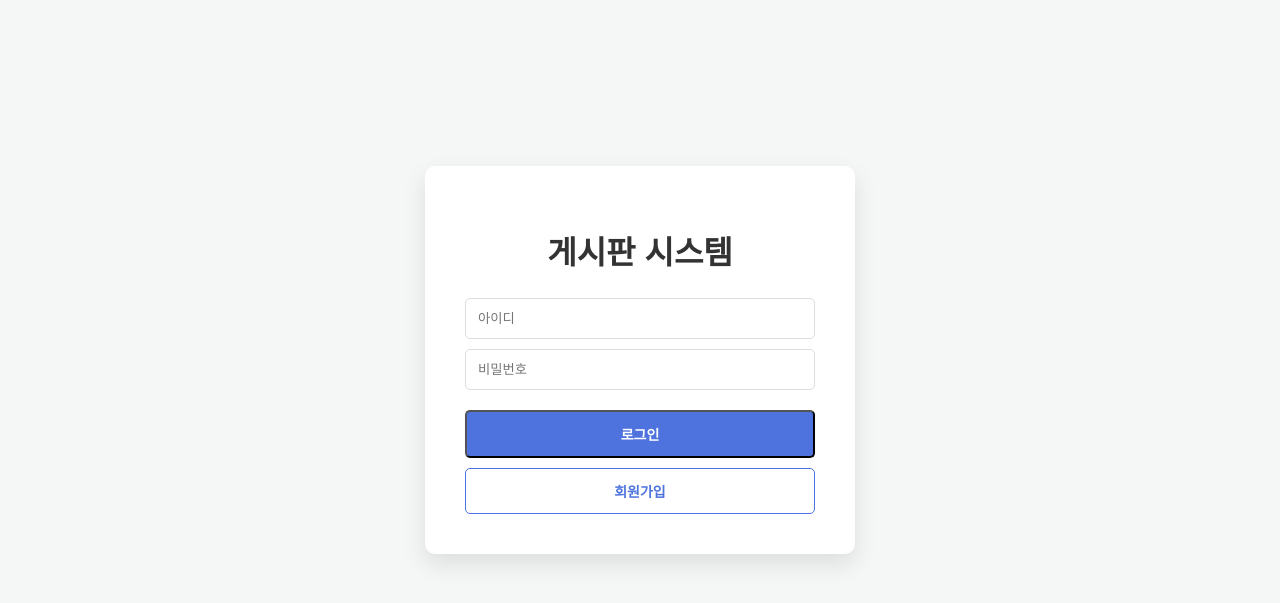
Repository: cjoh0407-ctrl/spring_legacy_project
Page: http://localhost/project/
These files come from the project's save history. The page is drawn as it stood at one moment and after the next save; the edit follows.
The browser window is 1280 px wide. The pictures show the whole page.
The page is served by Tomcat 10. Nobody is signed in. The application's start-up code is not run. Other server files are loaded and not shown.

Above is the page before, as saved 2026-01-05 07:14:51.

### project/src/main/webapp/index.jsp
<%@ page language="java" contentType="text/html; charset=UTF-8" pageEncoding="UTF-8"%>
<!DOCTYPE html>
<html>
<head>
    <meta charset="UTF-8">
    <title>게시판 시스템 로그인</title>
    <style>
        body { font-family: 'Arial', sans-serif; background-color: #f4f7f6; margin: 0; display: flex; justify-content: center; align-items: center; height: 100vh; }
        .container { background: white; padding: 40px; border-radius: 10px; box-shadow: 0 10px 25px rgba(0,0,0,0.1); text-align: center; width: 350px; }
        h1 { color: #333; margin-bottom: 25px; }
        input { width: 100%; padding: 12px; margin-bottom: 10px; border: 1px solid #ddd; border-radius: 5px; box-sizing: border-box; }
        .btn-group { display: flex; flex-direction: column; gap: 10px; margin-top: 10px; }
        .btn {
			    display: block;
			    padding: 12px;
			    text-decoration: none;
			    border-radius: 5px;
			    font-weight: bold;
			    cursor: pointer;
			    width: 100%;
			    box-sizing: border-box; /* 크기 어긋남 방지 */
			    font-size: 14px;        /* 폰트 크기 살짝 조정 */
			    transition: 0.3s;       /* 부드러운 효과 */
			}

        .btn-login { background-color: #4e73df; color: white; }
        .btn-register { background-color: white; border: 1px solid #4e73df; color: #4e73df; }
    </style>
</head>
<body>

    <div class="container">
        <h1>게시판 시스템</h1>

        <form action="${pageContext.request.contextPath}/member/login" method="post">
            <input type="text" name="id" placeholder="아이디" required>
            <input type="password" name="password" placeholder="비밀번호" required>

            <div class="btn-group">
                <button type="submit" class="btn btn-login">로그인</button>
                <a href="${pageContext.request.contextPath}/member/join" class="btn btn-register">
                    회원가입
                </a>
            </div>
        </form>
    </div>

    <script>
    // 컨트롤러에서 rttr.addFlashAttribute로 보낸 "msg"가 있다면 알림창을 띄움
    var msg = "${msg}";
    var error = "${error}";
    if(msg) alert(msg);
    if(error) alert(error);
	</script>

</body>
</html>

After the next save:
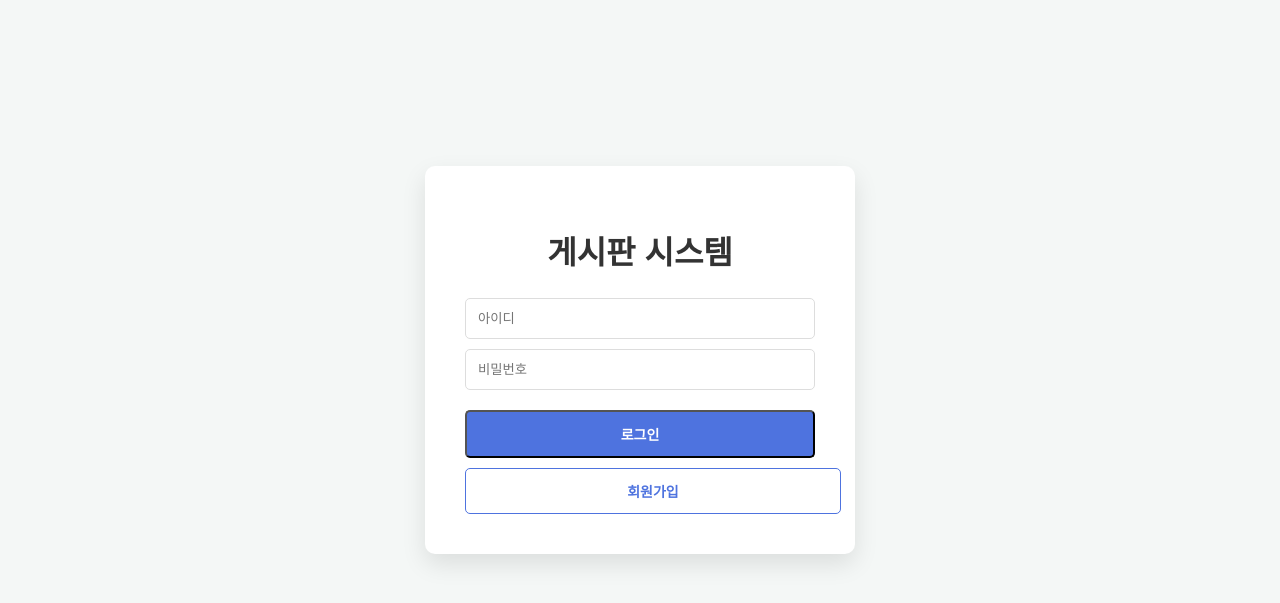
Saved 18 s later.
--- a/project/src/main/webapp/index.jsp
+++ b/project/src/main/webapp/index.jsp
@@ -18,7 +18,7 @@
 			    font-weight: bold;
 			    cursor: pointer;
 			    width: 100%;
-			    box-sizing: border-box; /* 크기 어긋남 방지 */
+
 			    font-size: 14px;        /* 폰트 크기 살짝 조정 */
 			    transition: 0.3s;       /* 부드러운 효과 */
 			}

After the save that followed:
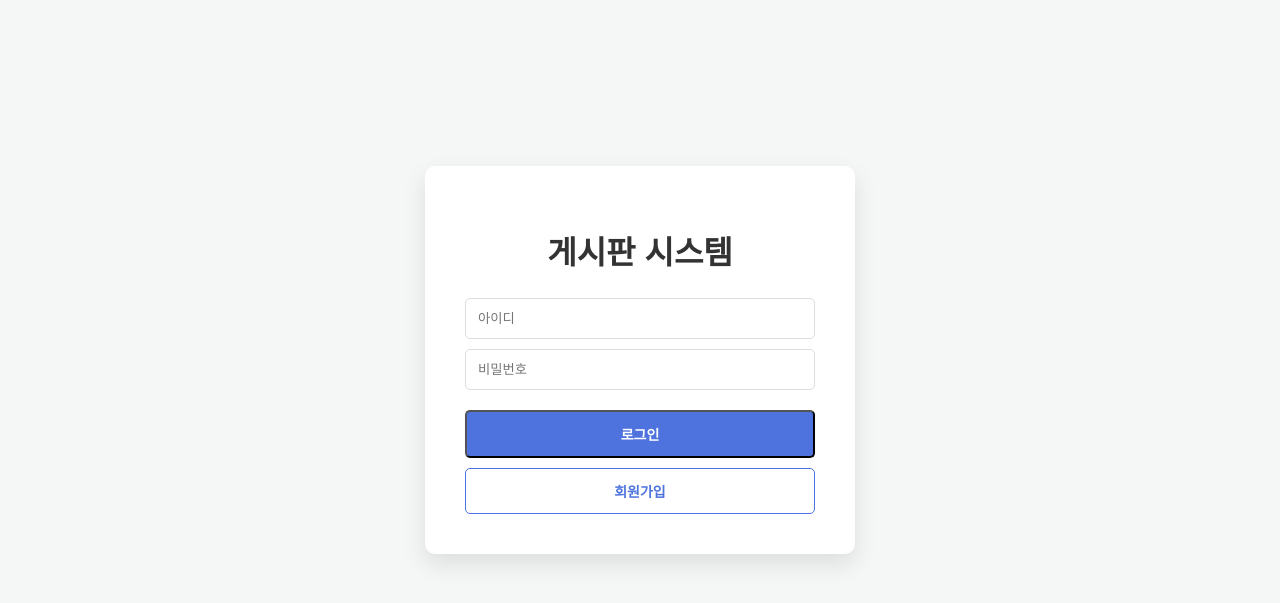
Saved 4 s later.
--- a/project/src/main/webapp/index.jsp
+++ b/project/src/main/webapp/index.jsp
@@ -18,7 +18,7 @@
 			    font-weight: bold;
 			    cursor: pointer;
 			    width: 100%;
-
+			    box-sizing: border-box; /* 크기 어긋남 방지 */
 			    font-size: 14px;        /* 폰트 크기 살짝 조정 */
 			    transition: 0.3s;       /* 부드러운 효과 */
 			}
